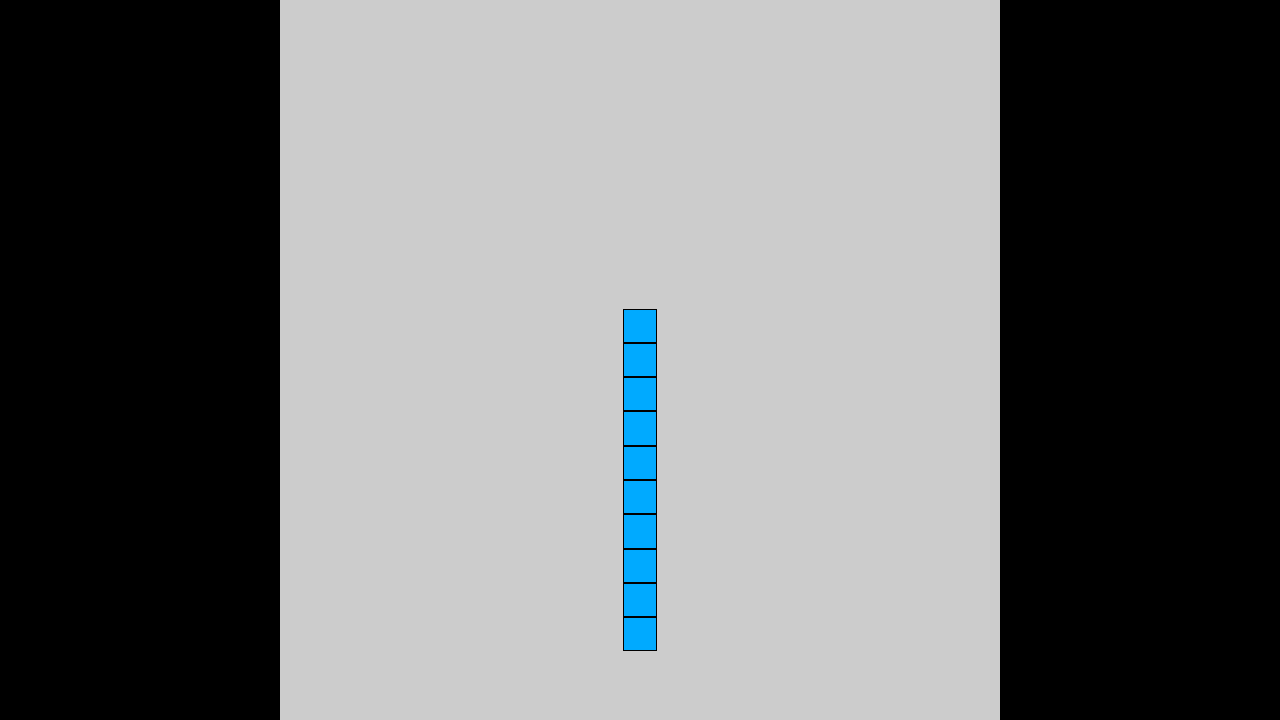
Repository: jinghuai8092/Snake_Game
Page: index.html
An editor plug-in stored every save of this project. The page is shown before and after the next save, followed by the edit.
The browser window is 1280 px wide. The pictures show the whole page.

Above is the page before, as saved 2021-11-16 14:00:56.

### index.html
<!DOCTYPE html>
<html lang="en">

<head>
    <meta charset="UTF-8">
    <meta http-equiv="X-UA-Compatible" content="IE=edge">
    <meta name="viewport" content="width=device-width, initial-scale=1.0">
    <title>Snake Game</title>
    <style>
        body {
            height: 100vh;
            width: 100vw;
            display: flex;
            justify-content: center;
            align-items: center;
            margin: 0;
            background-color: black;
        }

        #game-board {
            background-color: #ccc;
            width: 100vmin;
            height: 100vmin;
            display: grid;
            grid-template-rows: repeat(21, 1fr);
            grid-template-columns: repeat(21, 1fr);
        }

        .snake {
            background-color: hsl(200, 100%, 50%);
            border: .25vmin solid black;
        }

        .food {
            background-color: hsl(50, 100%, 50%);
            border: .25vmin solid black;
        }
    </style>
    <script src="game.js" defer type="module"></script>
</head>

<body>
    <div id="game-board">

    </div>
</body>

</html>

### game.js
import {update as updateSnake ,draw as drawSnake,SNAKE_SPEED} from './snake.js'

let lastRenderTime=0
const gameBoard=document.getElementById('game-board')

function main(currentTime){
    window.requestAnimationFrame(main)
    const secondsSinceLastRender=(currentTime-lastRenderTime)/1000
    if(secondsSinceLastRender < 1/SNAKE_SPEED) return
    console.log('RENDER')
    lastRenderTime=currentTime

    update()
    draw()
}
window.requestAnimationFrame(main)

function update(){
    updateSnake()
}

function draw(){
    drawSnake(gameBoard)
}

### snake.js
export const SNAKE_SPEED=2
const snakeBody=[
    {x:10,y:11},
    {x:11,y:11},
    {x:12,y:11}
];

export function update(){
    for(let i=snakeBody.length-2;i>=0;i--){
        snakeBody[i+1]={...snakeBody[i]}
    }

    snakeBody[0].x+=1
    snakeBody[0].y+=0
}
export function draw(gameBoard){
snakeBody.forEach(segment=>{
    const snakeElement=document.createElement('div')
    snakeElement.style.gridRowStart=segment.x
    snakeElement.style.gridColumnStart=segment.y
    snakeElement.classList.add('snake');
    gameBoard.appendChild(snakeElement)
})}

After the next save:
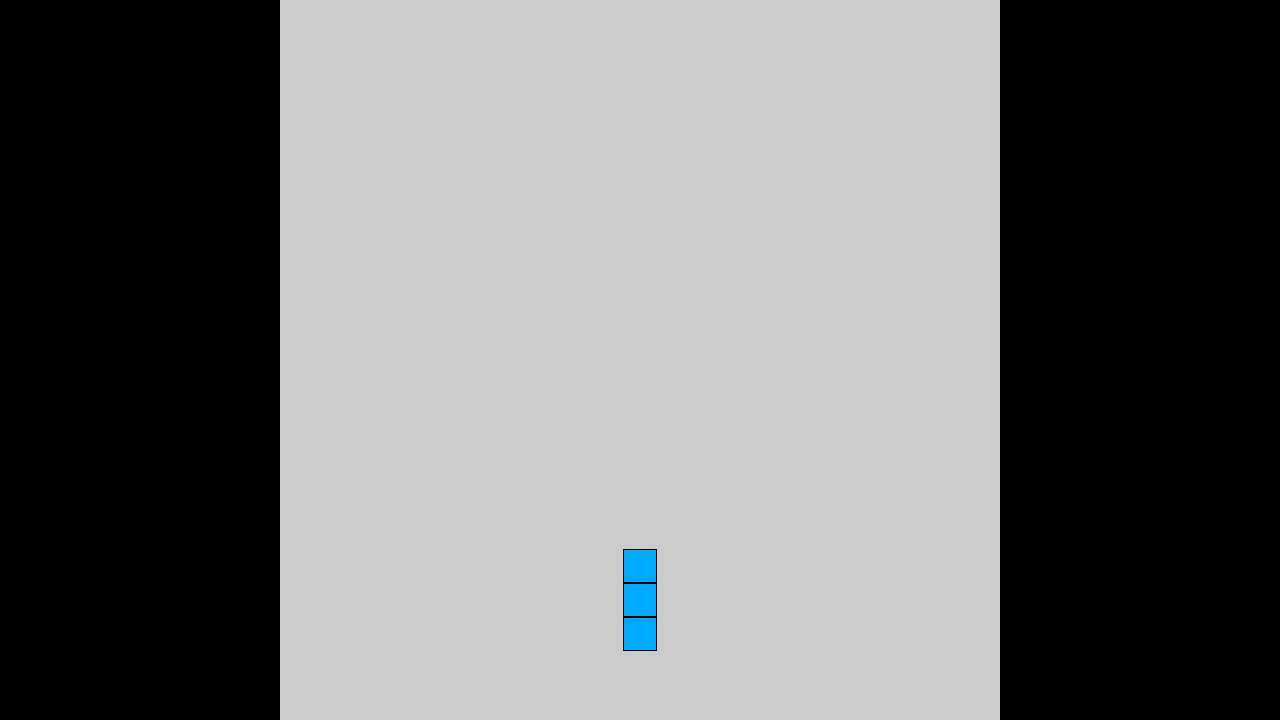
Saved 43 s later.
--- a/game.js
+++ b/game.js
@@ -20,5 +20,6 @@ function update(){
 }
 
 function draw(){
+    gameBoard.innerHTML=''
     drawSnake(gameBoard)
 }
